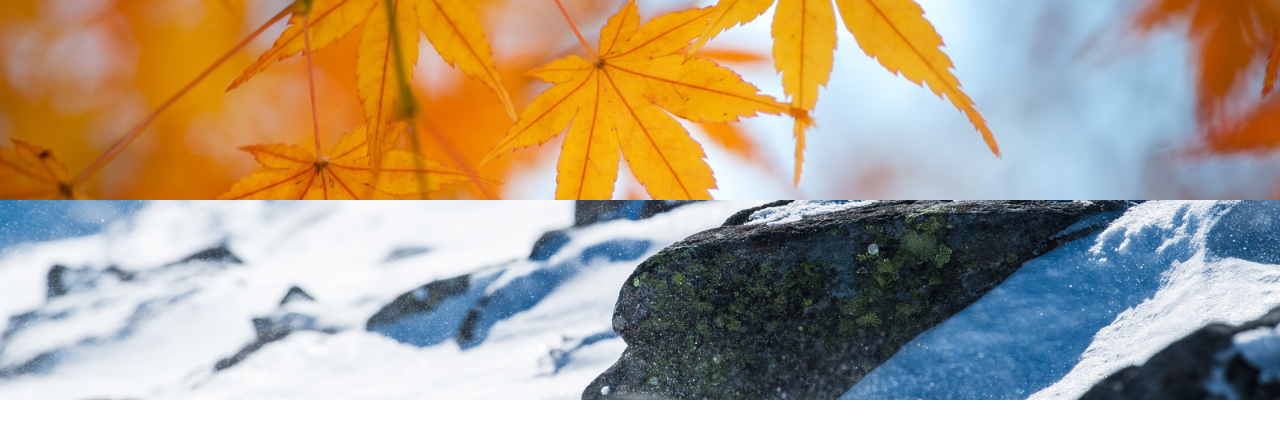
Repository: Raychel-310/chapter10
Page: chapter6_exercise/chapter6_exercise.html
The author's editor kept a record of every edit. The page is drawn from the files as they stood at one moment, then again after the next edit.
The browser window is 1280 px wide. The pictures show the whole page.

Above is the page before.

### chapter6_exercise/chapter6_exercise.html
<!DOCTYPE html>
<html lang="ja">
  <head>
    <meta charset="UTF-8" />
    <!-- CSSファイルの読み込み -->
    <link rel="stylesheet" href="chapter6_exercise.css" />
  </head>

  <body>
    <!--mainvisual用のdiv-->
    <div class="main-visual-one">
      <div class="main-visual-two">
      <div class="main-visual-three"></div>
      <div class="main-visual-four"></div>
      </div>
    </div>
  </body>
</html>

### chapter6_exercise/chapter6_exercise.css
/* ブラウザがそれぞれ持っているCSSをリセットするための記述 */
* {
  margin: 0;
  padding: 0;
  box-sizing: border-box;
}

/*a {
  text-decoration: none;
}*/

.main-visual-one {
  /*width: 100%;*/
  height: 200px;
  background-image: url(img/box1.jpg);
  background-size: cover; /* 縦横比を維持したまま背景領域を埋め尽くす */
  background-position: center; /* 背景画像を中央に配置 */
}

.main-visual-two {
  /*width: 100%;*/
  height: 200px;
  background-image: url(img/box2.jpg);
  background-size: cover; /* 縦横比を維持したまま背景領域を埋め尽くす */
  background-position: center; /* 背景画像を中央に配置 */
}

.main-visual-three {
  /*width: 100%;*/
  height: 200px;
  background-image: url(img/box3.jpg);
  background-size: cover; /* 縦横比を維持したまま背景領域を埋め尽くす */
  background-position: center; /* 背景画像を中央に配置 */
}

.main-visual-four {
  /*width: 100%;*/
  height: 200px;
  background-image: url(img/box4.jpg);
  background-size: cover; /* 縦横比を維持したまま背景領域を埋め尽くす */
  background-position: center; /* 背景画像を中央に配置 */
}

After the next edit:
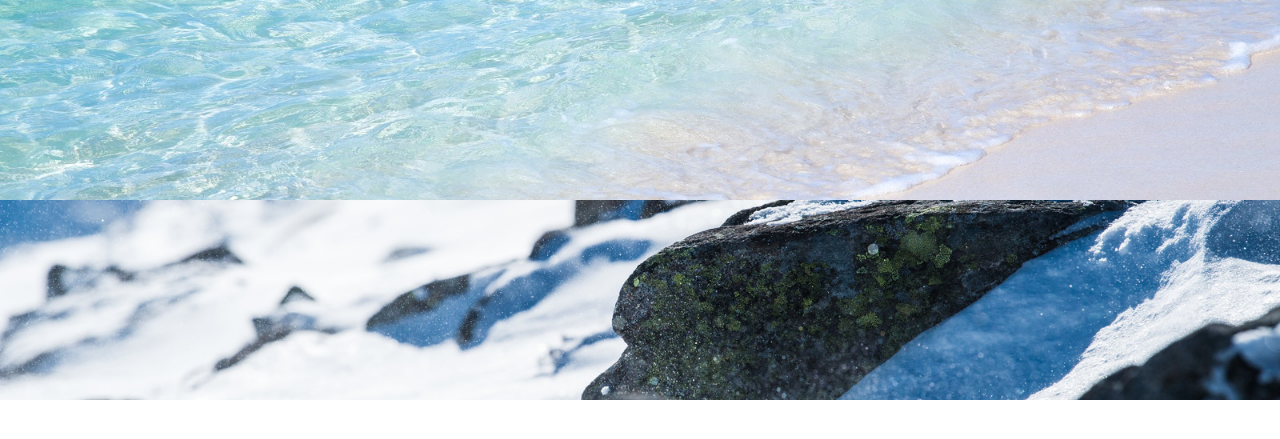
The edit:
--- a/chapter6_exercise/chapter6_exercise.html
+++ b/chapter6_exercise/chapter6_exercise.html
@@ -9,9 +9,10 @@
   <body>
     <!--mainvisual用のdiv-->
     <div class="main-visual-one">
-      <div class="main-visual-two">
-      <div class="main-visual-three"></div>
-      <div class="main-visual-four"></div>
+      <div class="main-visual-two"></div>
+      <div class="main-visual-three">
+          <div class="main-visual-four"></div>
+        </div>
       </div>
     </div>
   </body>
